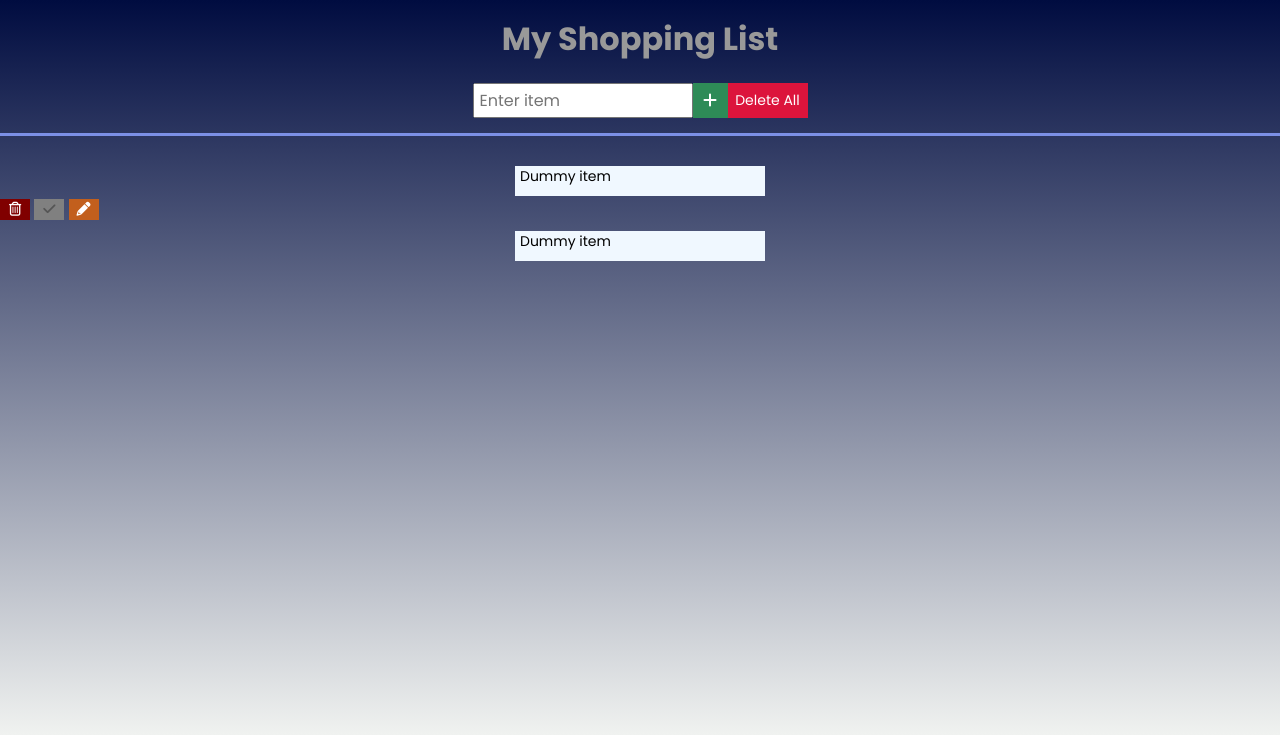
Repository: SaadYasin/shopping-list01-js
Page: index.html
The author's editor kept a copy of each file at every save. The page is drawn from the files as they stood at one save, then again after the next save.
The browser window is 1280 px wide. The pictures show the whole page.

Above is the page before, as saved 2021-12-05 19:11:41.

After the next save:
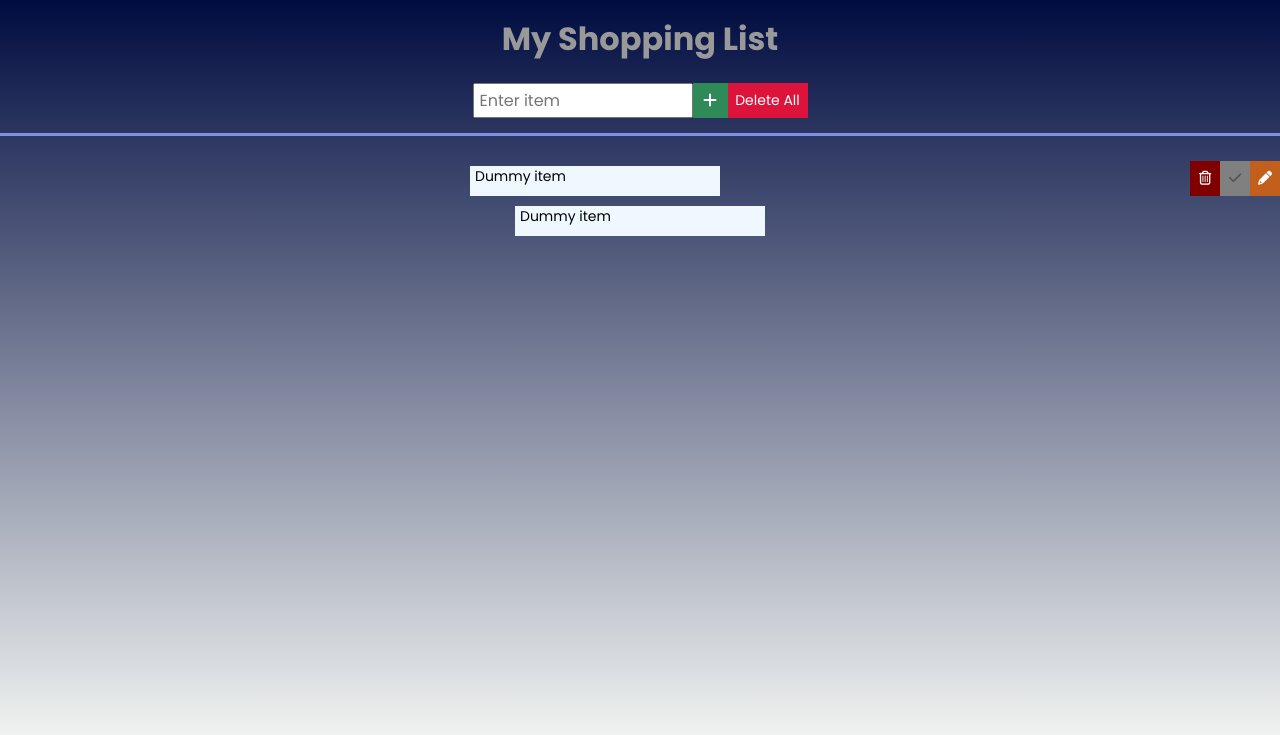
Saved 14 s later.
--- a/styles.css
+++ b/styles.css
@@ -74,7 +74,7 @@ header h1 {
 }
 
 .list-line {
-    /* display: flex; */
+    display: flex;
     justify-content: center;
     margin-top: 5px;
 }
